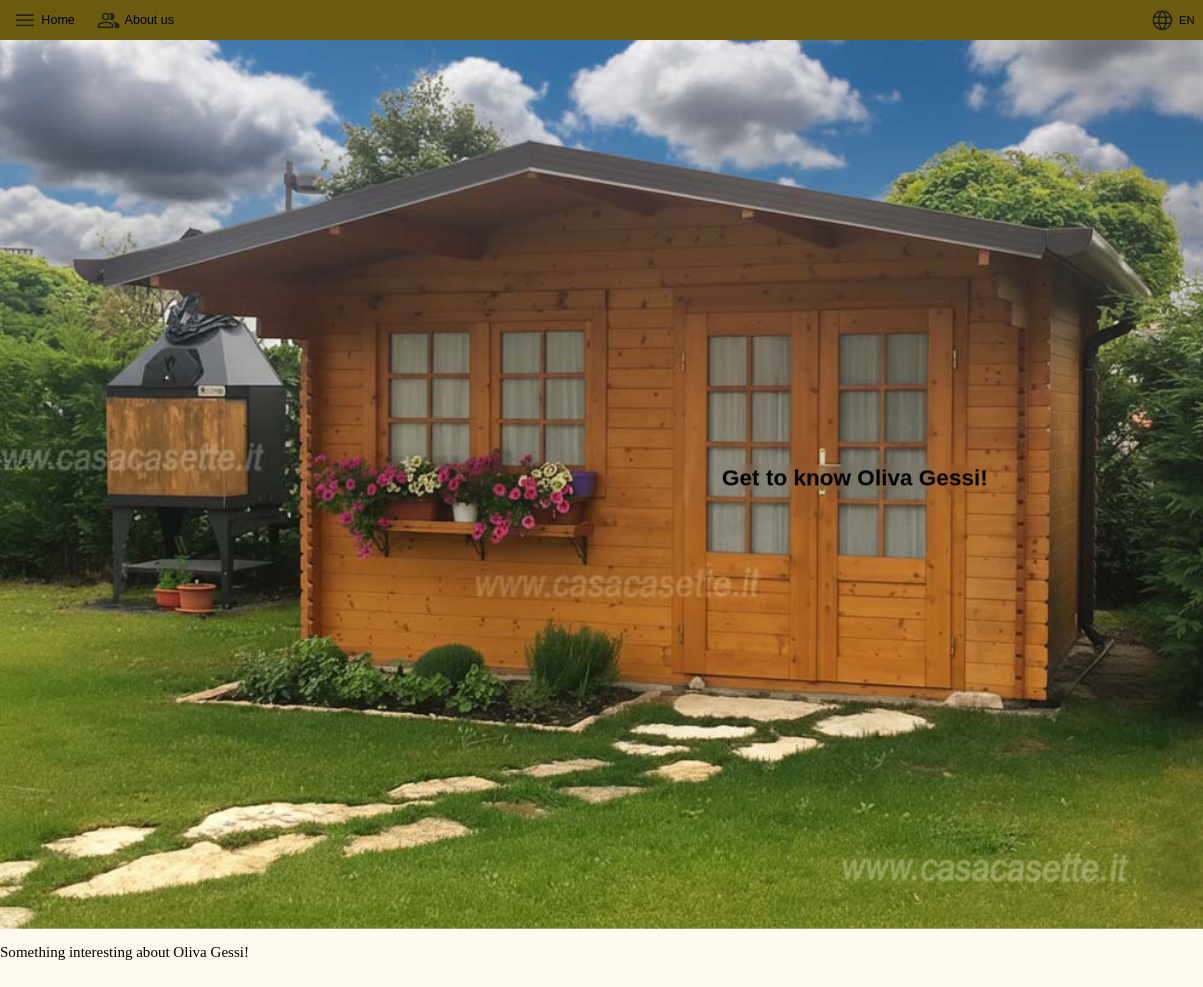
Repository: Seaside-Jokers/Oliva-gessi
Page: index.html
An editor plug-in stored every save of this project. The page is shown before and after the next save, followed by the edit.
The browser window is 1280 px wide. The pictures show the whole page, at 94% of full size.
Some web fonts or font styles are not loaded; a fallback is used.

Above is the page before, as saved 2026-02-17 15:02:33.

### index.html
<!DOCTYPE html>
<html lang="it">
<head>
    <meta charset="UTF-8">
    <title>Oliva Gessi</title>
    <link rel="stylesheet" href="src/style.css">
    <link rel="alternate" hreflang="en" href="index.html">
    <link rel="alternate" hreflang="it" href="index.html">
    <link rel="preconnect" href="https://fonts.googleapis.com">
    <link rel="preconnect" href="https://fonts.gstatic.com" crossorigin>
    <link href="https://fonts.googleapis.com/css2?family=Playfair+Display:ital,wght@0,400..900;1,400..900&display=swap" rel="stylesheet">
</head>
<body>
    <!-- ======================================================================= -->
    <!--                                 NAVBAR                                  -->
    <!-- ======================================================================= -->
    <nav class="navbar">
        <!-- Home -->
        <button class="btn-navbar" type="button" onclick="toggleMenu()">
            <img src="assets/menu_icon.png" data-key="home" alt="Home" class="icone" id="navbar-button">
            <span data-key="home" class="navData">Menu</span>
        </button>
        <!-- About us-->
        <button class="btn-navbar" type="button" onclick="location.href='about-us.html'">
            <img src="assets/about_us.png" data-key="about" alt="Chi siamo" class="icone">
            <span data-key="about" class="navData">Chi siamo</span>
        </button>
        <!-- Cambio lingua (a destra) -->
        <button class="btn-navbar lang-button" type="button" onclick="changeLang()">
            <img src="assets/language.png" data-key="language" alt="Cambia lingua" class="icone">
            <span data-key="current_language" class="nav-data">IT</span>
        </button>
    </nav>
    <!-- ======================================================================= -->
    <!--                                 SIDEBAR                                 -->
    <!-- ======================================================================= -->
    <!-- Strato trasparente che permette di chiudere il menu cliccando fuori -->
    <div class="clicker" onclick="closeMenu()"></div>
    <!-- Menu laterale vero e proprio -->
    <div class="sidebar" id="sidebar">
        <!-- Chiudi il menu -->
        <button class="sidebar-button on_top" type="button" onclick="closeMenu()">
            <img src="assets/close.png" alt="Chiudi menu" class="icone large">
            <span data-key="close_menu" class="side-data">Chiudi</span>
        </button>
        <!-- About us -->
        <button class="sidebar-button" type="button" onclick="location.href='about-us.html'">
            <img src="assets/about_us.png" alt="Chiudi menu" class="icone large">
            <span data-key="about" class="side-data">Chi siamo</span>
        </button>
        <details>
            <!-- Le varie pagine del file -->
            <summary data-key="cerca_pagina"></summary>
        </details>
    </div>

    <!-- ======================================================================= -->
    <!--                                CONTENUTO                                -->
    <!-- ======================================================================= -->
    <div class="container spaced">
        <!-- Foto dettagliata (prova) -->
        <img src="assets/prova_dettagliata.jpg" data-key="titolo_img" alt="Logo Oliva Gessi" class="immagine">
        <h2 data-key="titolo" id="titolotxt" class="blurry">Vieni a conoscere Oliva Gessi!</h2>
    </div>
    <p data-key="testo_introduzione" class="text"></p>
    <div class="container spaced">
    </div>

    <!--=======================================================================-->
    <!--                      DO NOT TOUCH BELOW THIS LINE                     -->
    <!--=======================================================================-->
    <script src="src/database_testo.js"></script>
    <script src="src/color_scheme.js"></script>
    <script src="src/sidebar.js"></script>
</body>

<!-- TODO: leggi questo commento e poi eliminalo per favore: quando vuoi aggiungere un nuovo testo modificalo in src/database_testo.js -->
</html>

### src/style.css
/* -------------------------------------------------------------------------- */
/*                                    BASE                                    */
/* -------------------------------------------------------------------------- */
/* corpo dell'HTML */
body {
    font-family: 'Montserrat', sans-serif;
    margin: 0;
    padding: 0;
    background-color: var(--colors-background);
}
.spaced {
    margin-top: 28px;
}
.on_top {
    margin-top: 25px;
}

@font-face {
    font-family: 'Playfair Display';
    src: url('fonts/PlayfairDisplay-Regular.woff2') format('woff2'),
         url('fonts/PlayfairDisplay-Regular.woff') format('woff');
}
@font-face {
    font-family: 'Montserrat';
    src: url('fonts/Montserrat-Regular.woff2') format('woff2'),
         url('fonts/Montserrat-Regular.woff') format('woff');
}

.text {
    font-family: 'Playfair Display', serif;
}
.title {
    font-family: 'Montserrat', sans-serif;
}

/* -------------------------------------------------------------------------- */
/*                                   NAVBAR                                   */
/* -------------------------------------------------------------------------- */
nav.navbar {
    position: fixed;
    top: 0;
    width: 100%;
    display: flex;
    align-items: center;
    background-color: var(--colors-primary);
    padding: 5px;
}
.icone {
    width: 25px;
    height: auto;
    display: block;
    margin: 0px 5px;
}
.icone.large {
    width: 30px;
}

button.btn-navbar {
    padding: 4px;
    margin-right: 10px;
    background: none;
    border: none;
    cursor: pointer;
    transition: transform 0.2s;
    display: flex;
    flex-direction: row;
    align-items: center;
    justify-content: center;
}
.btn-navbar:hover {
    transform: scale(1.1);
}
button.btn-navbar.lang-button {
    margin-left: auto;
    margin-right: 10px;
}
button.btn-navbar.ruotata {
    transform: rotate(90deg);
}

span.nav-data {
    font-size: 12px;
}
/* TODO: apertuta menu, rotazione di 90° quando il menù è aperto */

.btn-menu:hover {
    transform: scale(1.1);
}

/* -------------------------------------------------------------------------- */
/*                               SIDEBAR (HOME)                               */
/* -------------------------------------------------------------------------- */
.clicker {
    position: fixed;
    top: 0;
    left: 0;
    width: 0%;
    height: 0%;
    z-index: 1;
}
.clicker.show {
    width: 100%;
    height: 100%;
}
.sidebar {
    position: fixed;
    height: 100%;
    width: 250px;
    position: fixed;
    z-index: 1000;
    top: 0;
    left: -250px;
    background-color: var(--colors-primary);
    overflow-x: hidden;
    transition: 0.5s;
    flex-direction: column;
}
.sidebar.aperta {
    left: 0;
}
.sidebar-button {
    background: none;
    border: none;
    display: flex;
    flex-direction: row;
    align-items: center;
    flex: 1;
    margin: 8px 3px;
}
.side-data {
    font-size: 14px;
}
details {
  cursor: pointer;
  font-weight: bold;
  margin-top: 10px;
  margin-bottom: 15px;
  margin-left: 15px;
}

/* -------------------------------------------------------------------------- */
/*                                  CONTENUTO                                 */
/* -------------------------------------------------------------------------- */
.container {
    display: flex;
    flex-direction: row;
    align-items: center;
    justify-content: center;
    width: 100%;
}
.immagine {
    width: 100%;
    aspect-ratio: 4/3;
    margin-left: auto;
    margin-right: 0;
}
.blurry {
    backdrop-filter: blur(5px);
    -webkit-backdrop-filter: blur(8px);
}

#titolotxt {
    z-index: 200;
    position: absolute;
    left: 60%;
}

/* TODO far sì che scali tutto bene con le dimensioni dello schermo */



/* -------------------------------------------------------------------------- */
/*                              IMG (ABOUT US)                               */
/* -------------------------------------------------------------------------- */



#jacopo {

    margin: 100px, 100px;
}

/*
    Fonts: https://ctrl-z.it/9-font-architettura-tavole-portfolio https://material-f/
    Design: foundation.github.io/material-theme-builder/
    Fonts: Playfair Display (titoli), Montserrat (testo normale)
*/

### src/database_testo.js
const traduzioni = {
    "it": {
        titolo: "Vieni a conoscere Oliva Gessi!",
        home: "Home",
        about: "Chi siamo",
        language: "Cambia lingua",
        current_language: "IT",
        close_menu: "Chiudi",
        cerca_pagina: "Cerca la pagina",
        titolo_img: "Foto di Oliva Gessi",
        testo_introduzione: "Qualcosa di interessante su Oliva Gessi!", // TODO! completare
    },
    "en": {
        titolo: "Get to know Oliva Gessi!",
        home: "Home",
        about: "About us",
        language: "Change language",
        current_language: "EN",
        close_menu: "Close menu",
        cerca_pagina: "Search the page",
        titolo_img: "Oliva Gessi's image",
        testo_introduzione: "Something interesting about Oliva Gessi!", // TODO! completare
    }
}

function getTesto(key) {
    return traduzioni[state][key] || key;
}



/* -------------------------------------------------------------------------- */
/*                                DO NOT TOUCH                                */
/* -------------------------------------------------------------------------- */
let state =  getDefaultLang();

function aggiornaInterfaccia() {
    const elementi = document.querySelectorAll('[data-key]');

    elementi.forEach(el => {
        const chiave = el.getAttribute('data-key');
        const testoTradotto = traduzioni[state][chiave];

        if (testoTradotto) {
            if (el.tagName === 'IMG') {
                el.alt = testoTradotto;
            } else {
                // Altrimenti aggiorna il testo normale
                el.textContent = testoTradotto;
            }
        }
    });
}

/* -------------------------------------------------------------------------- */
/*                            Cambiamenti di stato                            */
/* -------------------------------------------------------------------------- */
function getDefaultLang() {
    if(navigator.language.substring(0, 2) === "it")
        return "it";

    return "en";
}
function defaultLang() {
    state = getDefaultLang();
    aggiornaInterfaccia();
    return true;
}
function changeLangTo(_state) {
    if(_state !== "it" && _state !== "en") {
        defaultLang();
        return;
    }
    state = _state;
    aggiornaInterfaccia();
}
function changeLang() {
    if(state === "it")
        changeLangTo("en");
    else
        changeLangTo("it");
}

document.addEventListener("DOMContentLoaded", aggiornaInterfaccia);

### src/sidebar.js
let menuAperto = false;

function toggleMenu() {
    menuAperto = !menuAperto;

    const icon = document.getElementById("navbar-button");
    icon.classList.toggle('ruotata');

    const menu = document.getElementById("sidebar");
    menu.classList.toggle('aperta');

    const clicker = document.querySelector(".clicker");
    clicker.classList.toggle('show');
}
function closeMenu() {
    if(!menuAperto) return;
    toggleMenu();
}

Loaded but not shown: src/color_scheme.js (530 lines, source omitted)

After the next save:
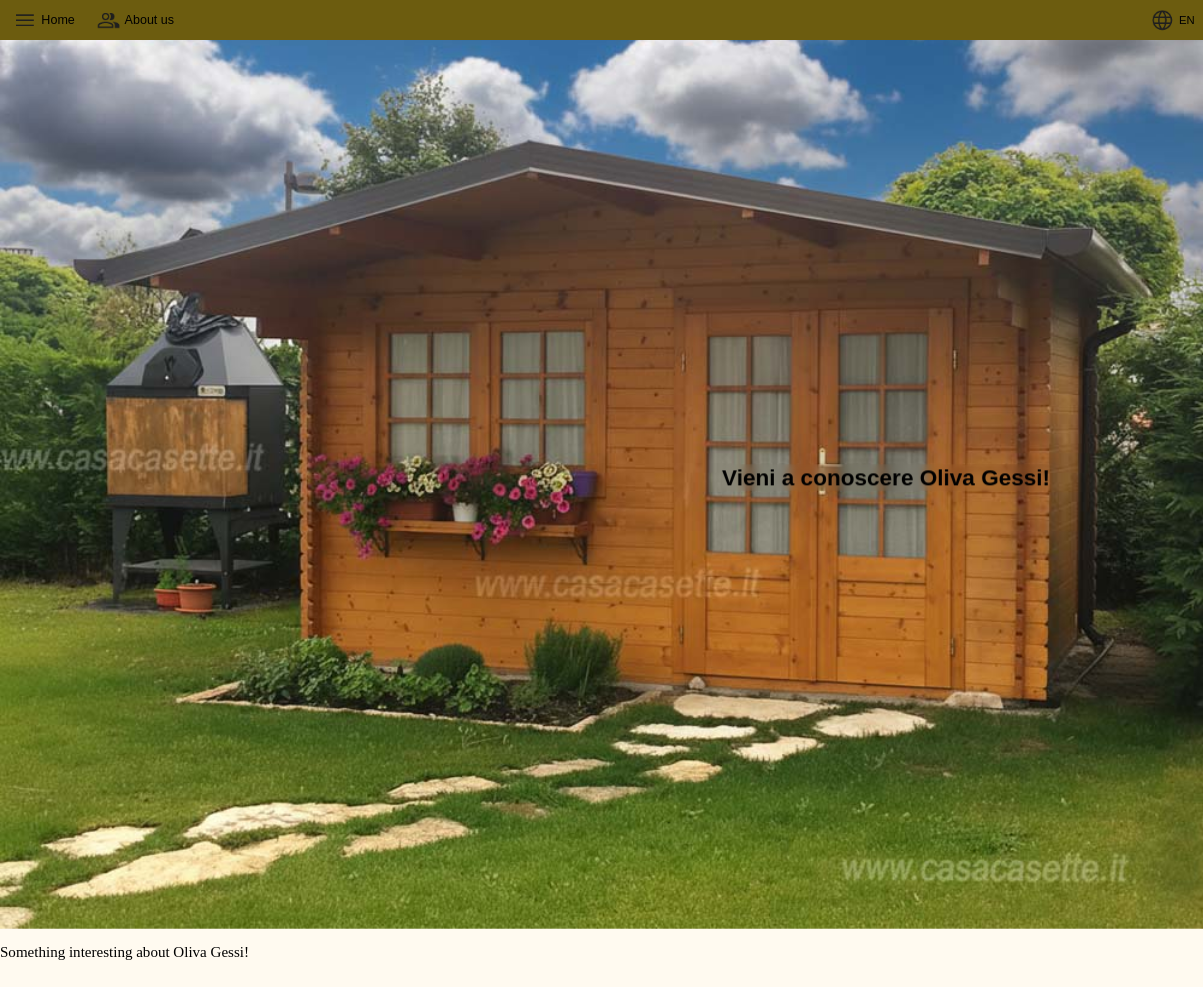
Saved 11 s later.
--- a/index.html
+++ b/index.html
@@ -60,7 +60,7 @@
     <div class="container spaced">
         <!-- Foto dettagliata (prova) -->
         <img src="assets/prova_dettagliata.jpg" data-key="titolo_img" alt="Logo Oliva Gessi" class="immagine">
-        <h2 data-key="titolo" id="titolotxt" class="blurry">Vieni a conoscere Oliva Gessi!</h2>
+        <h2 data-key="title" id="titolotxt" class="blurry">Vieni a conoscere Oliva Gessi!</h2>
     </div>
     <p data-key="testo_introduzione" class="text"></p>
     <div class="container spaced">

After the save that followed:
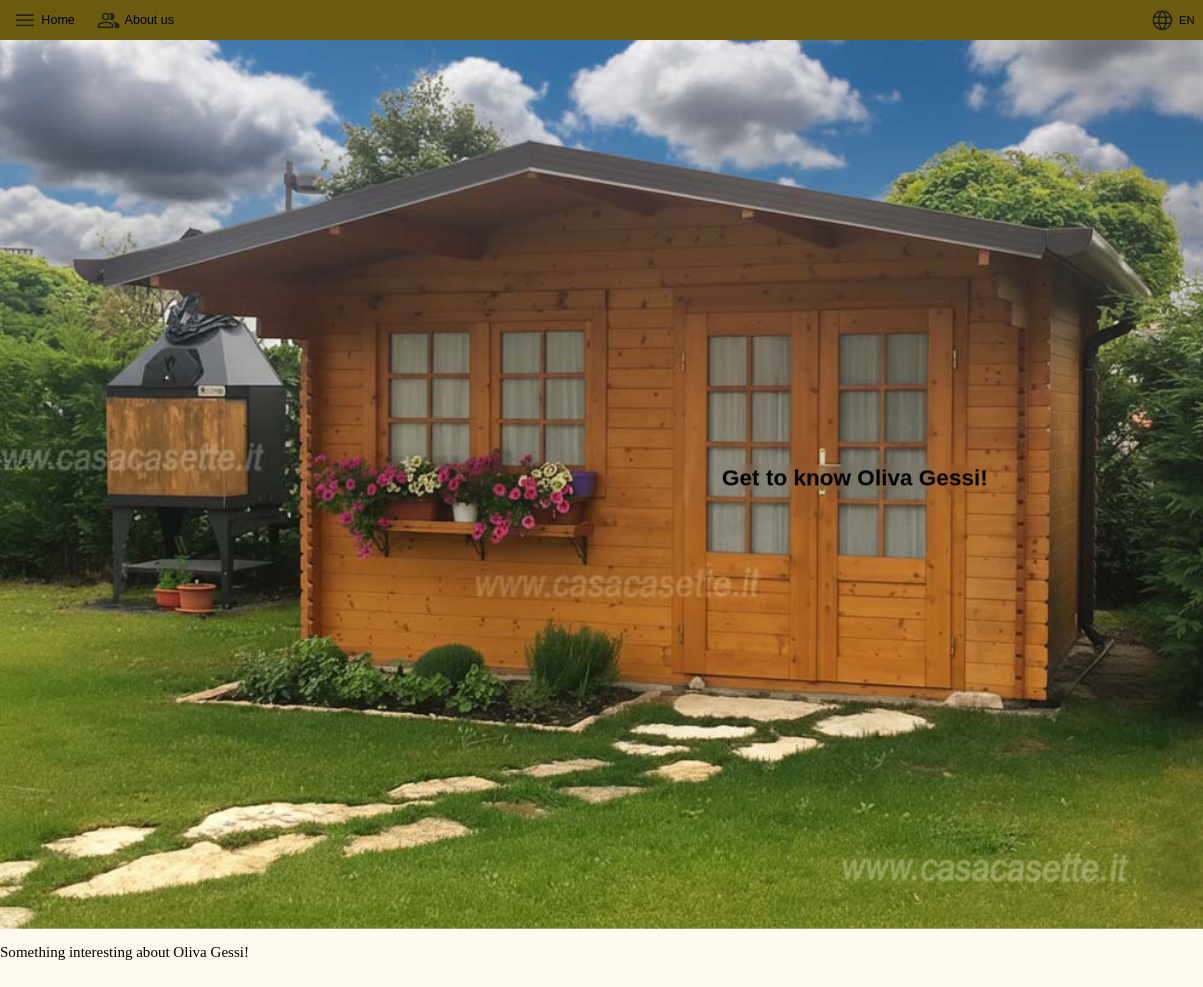
Saved 22 s later.
--- a/index.html
+++ b/index.html
@@ -60,7 +60,7 @@
     <div class="container spaced">
         <!-- Foto dettagliata (prova) -->
         <img src="assets/prova_dettagliata.jpg" data-key="titolo_img" alt="Logo Oliva Gessi" class="immagine">
-        <h2 data-key="title" id="titolotxt" class="blurry">Vieni a conoscere Oliva Gessi!</h2>
+        <h2 data-key="titolo" id="titolotxt" class="blurry">Vieni a conoscere Oliva Gessi!</h2>
     </div>
     <p data-key="testo_introduzione" class="text"></p>
     <div class="container spaced">
